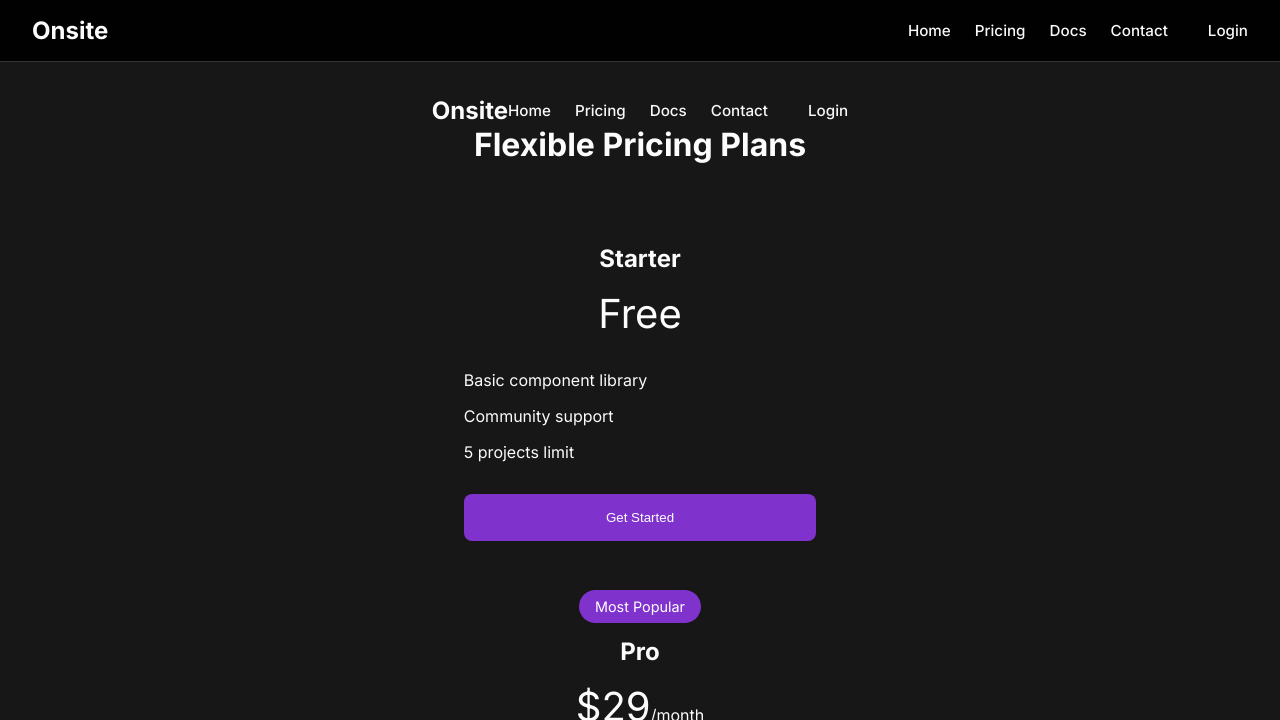
Repository: arifsoul/onsite
Page: /pricing (app in onsite/)
These files come from the project's save history. The page is drawn as it stood at one moment and after the next save; the edit follows.
The browser window is 1280 px wide. The pictures show the whole page.
An inner scrolling area shows only its first screen. The project was rebuilt for these pictures with package versions that can differ from the ones it lists, and the page was loaded fresh each time. Also part of the build but not shown: onsite/vite.config.js, onsite/src/components/Editor/CSSPanel.jsx, onsite/src/components/Editor/JSPanel.jsx, onsite/src/components/Editor/ComponentEditor.css, onsite/src/components/Editor/ComponentEditor.jsx, onsite/src/components/Preview/LivePreview.jsx, onsite/src/components/Auth/GoogleLogin.css, onsite/src/components/Auth/GoogleLogin.jsx and 12 more.

Above is the page before, as saved 2025-04-16 12:00:55.

### onsite/src/index.css
/* src/index.css */
@import url('https://fonts.googleapis.com/css2?family=Inter:wght@400;600;700&display=swap');

* {
  margin: 0;
  padding: 0;
  box-sizing: border-box;
}

html, body {
  height: 100%;
  width: 100%;
  overflow-x: hidden; /* Mencegah scroll horizontal */
}

body {
  font-family: 'Inter', sans-serif;
  background-color: #f8f9fa;
}

#root {
  display: flex;
  flex-direction: column;
  min-height: 100vh;
  width: 100%;
}

### onsite/src/App.jsx
import { BrowserRouter as Router, Routes, Route } from 'react-router-dom';
import { Auth0Provider } from '@auth0/auth0-react';
import { CodeProvider } from './context/CodeContext';
import Home from './pages/Home';
import Editor from './pages/Editor';
import Login from './pages/Login';
import Pricing from './pages/Pricing';
import Docs from './pages/Docs';
import Contact from './pages/Contact';
import './App.css';

function App() {
  return (
    <Auth0Provider
      domain={import.meta.env.VITE_AUTH0_DOMAIN}
      clientId={import.meta.env.VITE_AUTH0_CLIENT_ID}
      redirectUri={window.location.origin}
    >
      <CodeProvider>
        <Router>
          <Routes>
            <Route path="/" element={<Home />} />
            <Route path="/login" element={<Login />} />
            <Route path="/editor" element={<Editor />} />
            <Route path="/pricing" element={<Pricing />} />
            <Route path="/docs" element={<Docs />} />
            <Route path="/contact" element={<Contact />} />
          </Routes>
        </Router>
      </CodeProvider>
    </Auth0Provider>
  );
}

export default App;

### onsite/src/context/CodeContext.jsx
import { createContext, useState, useContext } from 'react';

export const CodeContext = createContext();

export const CodeProvider = ({ children }) => {
  const [generatedCode, setGeneratedCode] = useState({
    html: '',
    css: '',
    js: '',
  });
  const [components, setComponents] = useState([]);

  const updateComponent = (id, updates) => {
    setComponents((prev) =>
      prev.map((comp) =>
        comp.id === id ? { ...comp, ...updates } : comp
      )
    );
  };

  return (
    <CodeContext.Provider
      value={{ generatedCode, setGeneratedCode, components, setComponents, updateComponent }}
    >
      {children}
    </CodeContext.Provider>
  );
};

export const useCode = () => useContext(CodeContext);

### onsite/src/pages/Pricing.jsx
import React from 'react';
import './Pricing.css';
import NavMenu from '../components/Navigation/NavMenu';

const Pricing = () => {
  return (
    <div className="pricing-page">
      <NavMenu />
      <header className="home-header">
        <NavMenu />
      </header>
      <h1>Flexible Pricing Plans</h1>
      <div className="pricing-cards">
        <div className="pricing-card">
          <h2>Starter</h2>
          <div className="price">Free</div>
          <ul>
            <li>Basic component library</li>
            <li>Community support</li>
            <li>5 projects limit</li>
          </ul>
          <button className="cta-button">Get Started</button>
        </div>

        <div className="pricing-card popular">
          <div className="popular-badge">Most Popular</div>
          <h2>Pro</h2>
          <div className="price">$29<span>/month</span></div>
          <ul>
            <li>Full component library</li>
            <li>Priority support</li>
            <li>Unlimited projects</li>
            <li>AI Code Generation</li>
          </ul>
          <button className="cta-button">Go Pro</button>
        </div>

        <div className="pricing-card">
          <h2>Enterprise</h2>
          <div className="price">Custom</div>
          <ul>
            <li>Dedicated support</li>
            <li>Team collaboration</li>
            <li>Custom components</li>
            <li>SSO & Security</li>
          </ul>
          <button className="cta-button">Contact Sales</button>
        </div>
      </div>
    </div>
  );
};

export default Pricing;

### onsite/src/components/Navigation/NavMenu.jsx
import React, { useState } from 'react';
import { Link } from 'react-router-dom';
import GoogleLogin from '../Auth/GoogleLogin';
import './NavMenu.css';

const NavMenu = () => {
  const [isOpen, setIsOpen] = useState(false);

  const toggleMenu = () => {
    setIsOpen(!isOpen);
  };

  return (
    <nav className="nav-menu">
      <div className="nav-logo">
        <Link to="/" onClick={() => setIsOpen(false)}>
          <h1>Onsite</h1>
        </Link>
      </div>
      <button className="hamburger" onClick={toggleMenu} aria-label="Toggle menu">
        <span className="hamburger-icon"></span>
      </button>
      <ul className={isOpen ? 'open' : ''}>
        <li><Link to="/" onClick={() => setIsOpen(false)}>Home</Link></li>
        <li><Link to="/pricing" onClick={() => setIsOpen(false)}>Pricing</Link></li>
        <li><Link to="/docs" onClick={() => setIsOpen(false)}>Docs</Link></li>
        <li><Link to="/contact" onClick={() => setIsOpen(false)}>Contact</Link></li>
        <li className="nav-login">
          <Link to="/login" onClick={() => setIsOpen(false)}>Login</Link>
        </li>
      </ul>
    </nav>
  );
};

export default NavMenu;

### onsite/src/pages/Home.css
@import url('https://fonts.googleapis.com/css2?family=Inter:wght@300;400;500;600;700&display=swap');

:root {
  --gray1: hsl(0, 0%, 99%);
  --gray2: hsl(0, 0%, 97.3%);
  --gray3: hsl(0, 0%, 95.1%);
  --gray4: hsl(0, 0%, 93%);
  --gray12: hsl(0, 0%, 9%);
  --primary: hsl(270, 60%, 50%);
  --primary-hover: hsl(270, 60%, 45%);
  --normal-bg: hsl(0, 0%, 9%);
  --normal-border: hsl(0, 0%, 20%);
  --normal-text: hsl(0, 0%, 99%);
}

body {
  margin: 0;
  font-family: 'Inter', ui-sans-serif, system-ui, -apple-system, BlinkMacSystemFont, 'Segoe UI', Roboto, 'Helvetica Neue', Arial, 'Noto Sans', sans-serif;
  background: var(--normal-bg);
  color: var(--normal-text);
  overflow-x: hidden;
}

/* Layout Container */
.home-container {
  display: flex;
  flex-direction: column;
  min-height: 100vh;
  max-width: 100%;
}

/* Header */
.home-header {
  display: flex;
  justify-content: space-between;
  align-items: center;
  padding: 1rem 2rem;
  background: rgba(0, 0, 0, 0.95);
  border-bottom: 1px solid var(--normal-border);
  position: fixed;
  top: 0;
  left: 0;
  width: 100%;
  z-index: 1000;
}

.header-content {
  display: flex;
  justify-content: space-between;
  align-items: center;
  max-width: 1440px;
  width: 100%;
  margin: 0 auto;
}

.logo h1 {
  font-size: 1.5rem;
  font-weight: 700;
  color: var(--gray1);
  margin: 0;
}

.logo span {
  font-size: 0.875rem;
  font-weight: 400;
  color: var(--gray3);
}

.nav-menu ul {
  list-style: none;
  display: flex;
  gap: 1.5rem;
  margin: 0;
  padding: 0;
}

.nav-menu a {
  text-decoration: none;
  color: var(--gray2);
  font-weight: 500;
  font-size: 0.95rem;
  transition: color 0.2s ease;
}

.nav-menu a:hover {
  color: var(--primary);
}

/* Main Content */
.home-main {
  padding: 80px 2rem 2rem;
  max-width: 1440px;
  margin: 0 auto;
  width: 100%;
}

/* Hero Section */
.hero-section {
  text-align: center;
  padding: 6rem 2rem;
  border-radius: 16px;
  margin-bottom: 4rem;
}

.hero-section h1 {
  font-size: 3rem;
  font-weight: 700;
  margin-bottom: 1.5rem;
  color: var(--gray1);
}

.hero-section p {
  font-size: 1.2rem;
  font-weight: 400;
  max-width: 800px;
  margin: 0 auto 2rem;
  color: var(--gray3);
}

.hero-cta {
  display: inline-flex;
  align-items: center;
  gap: 0.5rem;
  padding: 0.75rem 2rem;
  background: linear-gradient(90deg, var(--primary), hsl(270, 60%, 60%));
  color: var(--gray1);
  text-decoration: none;
  border-radius: 9999px;
  font-size: 1rem;
  font-weight: 600;
  transition: background 0.3s ease, transform 0.2s ease;
}

.hero-cta:hover {
  background: linear-gradient(90deg, var(--primary-hover), hsl(270, 60%, 55%));
  transform: translateY(-2px);
}

/* Feature Section */
.feature-section {
  margin-bottom: 4rem;
}

.feature-header {
  text-align: center;
  margin-bottom: 3rem;
}

.feature-header h2 {
  font-size: 2.25rem;
  font-weight: 700;
  color: var(--gray1);
}

.feature-header p {
  font-size: 1.1rem;
  color: var(--gray3);
  max-width: 800px;
  margin: 0.5rem auto 0;
}

.feature-list {
  display: grid;
  grid-template-columns: repeat(auto-fit, minmax(300px, 1fr));
  gap: 2rem;
  list-style: none;
  padding: 0;
}

.feature-card {
  padding: 2rem;
  background: rgba(255, 255, 255, 0.05);
  border: 1px solid var(--normal-border);
  border-radius: 16px;
  transition: transform 0.3s ease, box-shadow 0.3s ease;
}

.feature-card:hover {
  transform: translateY(-5px);
  box-shadow: 0 4px 12px rgba(0, 0, 0, 0.2);
}

.feature-icon {
  width: 24px;
  height: 24px;
  color: var(--primary);
  margin-bottom: 1rem;
}

.feature-card h3 {
  font-size: 1.5rem;
  font-weight: 600;
  color: var(--gray1);
  margin-bottom: 0.5rem;
}

.feature-card p {
  font-size: 1rem;
  color: var(--gray3);
}

/* Code Playground */
.code-playground {
  display: flex;
  flex-direction: column;
  gap: 2rem;
  padding: 3rem 2rem;
  background: rgba(255, 255, 255, 0.03);
  border-radius: 16px;
  margin-bottom: 4rem;
}

.playground-header {
  text-align: center;
  margin-bottom: 2rem;
}

.playground-header h2 {
  font-size: 2.25rem;
  font-weight: 700;
  color: var(--gray1);
}

.playground-header p {
  font-size: 1.1rem;
  color: var(--gray3);
}

.generator-section,
.preview-section,
.editor-section {
  padding: 2rem;
  background: rgba(255, 255, 255, 0.05);
  border: 1px solid var(--normal-border);
  border-radius: 12px;
}

.generator-section h3,
.preview-section h3,
.editor-section h3 {
  font-size: 1.75rem;
  font-weight: 600;
  color: var(--gray1);
  margin-bottom: 1rem;
}

.generator-inputs {
  display: flex;
  flex-direction: column;
  gap: 1.5rem;
  width: 100%;
}

.generator-file h4 {
  font-size: 1.1rem;
  font-weight: 500;
  color: var(--gray2);
  margin-bottom: 0.5rem;
}

.generator-file textarea,
.code-editor textarea {
  width: 100%;
  height: 200px;
  font-family: 'Courier New', monospace;
  font-size: 0.95rem;
  padding: 1rem;
  border: none;
  border-radius: 8px;
  background: hsl(0, 0%, 12%);
  color: var(--gray1);
  resize: vertical;
  box-shadow: inset 0 2px 8px rgba(0, 0, 0, 0.1);
  transition: box-shadow 0.2s ease;
}

.generator-file textarea:focus,
.code-editor textarea:focus {
  outline: none;
  box-shadow: 0 0 0 3px rgba(108, 67, 255, 0.3);
}

.preview-iframe {
  width: 100%;
  height: 450px;
  border: none;
  border-radius: 12px;
  background: hsl(0, 0%, 12%);
  box-shadow: 0 4px 12px rgba(0, 0, 0, 0.2);
}

.tabs {
  display: flex;
  gap: 0.5rem;
  margin-bottom: 1rem;
}

.tabs button {
  padding: 0.5rem 1.5rem;
  background: rgba(255, 255, 255, 0.1);
  border: 1px solid var(--normal-border);
  border-radius: 9999px;
  font-size: 0.95rem;
  font-weight: 500;
  color: var(--gray2);
  cursor: pointer;
  transition: all 0.2s ease;
}

.tabs button.active {
  background: var(--primary);
  color: var(--gray1);
  border-color: var(--primary);
}

.tabs button:hover:not(.active) {
  background: rgba(255, 255, 255, 0.15);
}

/* Footer */
.home-footer {
  text-align: center;
  padding: 2rem;
  background: rgba(0, 0, 0, 0.95);
  border-top: 1px solid var(--normal-border);
  color: var(--gray3);
  font-size: 0.9rem;
}

.footer-content {
  max-width: 1440px;
  margin: 0 auto;
  display: flex;
  justify-content: center;
  align-items: center;
  gap: 1rem;
}

.footer-link {
  color: var(--primary);
  text-decoration: none;
}

.footer-link:hover {
  text-decoration: underline;
}

/* Animations */
@keyframes fadeIn {
  from { opacity: 0; transform: translateY(10px); }
  to { opacity: 1; transform: translateY(0); }
}

.hero-section,
.feature-card,
.generator-section,
.preview-section,
.editor-section {
  animation: fadeIn 0.5s ease-out;
}

/* Responsive Design */
@media (max-width: 1024px) {
  .home-main {
    padding: 80px 1rem 2rem;
  }

  .feature-list {
    grid-template-columns: 1fr;
  }

  .feature-card {
    width: 90%;
    margin: 0 auto;
  }

  .hero-section h1 {
    font-size: 2.5rem;
  }

  .hero-section p {
    font-size: 1.1rem;
    max-width: 600px;
  }
}

@media (max-width: 768px) {
  .home-header {
    flex-direction: column;
    align-items: flex-start;
    padding: 1rem;
  }

  .header-content {
    flex-direction: column;
    align-items: flex-start;
    gap: 1rem;
  }

  .nav-menu ul {
    flex-direction: column;
    gap: 0.75rem;
    width: 100%;
  }

  .hero-section {
    padding: 4rem 1rem;
  }

  .hero-section h1 {
    font-size: 2rem;
  }

  .hero-section p {
    font-size: 1rem;
  }

  .code-playground {
    padding: 2rem 1rem;
  }

  .generator-section,
  .preview-section,
  .editor-section {
    padding: 1.5rem;
  }

  .generator-file textarea,
  .code-editor textarea {
    height: 150px;
  }

  .preview-iframe {
    height: 350px;
  }

  .feature-header h2,
  .playground-header h2 {
    font-size: 1.75rem;
  }

  .feature-header p,
  .playground-header p {
    font-size: 1rem;
  }
}

@media (max-width: 600px) {
  .home-main {
    padding: 70px 0.5rem 1rem;
  }

  .hero-cta {
    padding: 0.6rem 1.5rem;
    font-size: 0.9rem;
  }

  .generator-section h3,
  .preview-section h3,
  .editor-section h3 {
    font-size: 1.25rem;
  }

  .generator-file h4 {
    font-size: 0.95rem;
  }

  .tabs button {
    padding: 0.4rem 1rem;
    font-size: 0.85rem;
  }
}

### onsite/src/pages/Pricing.css
.pricing-page {
  padding: 4rem 2rem;
  max-width: 1200px;
  margin: 0 auto;
}

.pricing-cards {
  display: grid;
  gap: 2rem;
  grid-template-columns: repeat(auto-fit, minmax(300px, 1fr));
  margin-top: 3rem;
}

.pricing-card {
  background: var(--card-bg);
  border-radius: 12px;
  padding: 2rem;
  position: relative;
  border: 1px solid var(--border-color);
}

.pricing-card.popular {
  border-color: var(--primary);
}

.popular-badge {
  position: absolute;
  top: -15px;
  left: 50%;
  transform: translateX(-50%);
  background: var(--primary);
  color: white;
  padding: 0.5rem 1rem;
  border-radius: 20px;
  font-size: 0.9rem;
}

.price {
  font-size: 2.5rem;
  margin: 1rem 0;
  color: var(--text-primary);
}

.price span {
  font-size: 1rem;
  color: var(--text-secondary);
}

.pricing-card ul {
  list-style: none;
  padding: 0;
  margin: 1.5rem 0;
}

.pricing-card li {
  padding: 0.5rem 0;
  display: flex;
  align-items: center;
  gap: 0.5rem;
}

.cta-button {
  width: 100%;
  padding: 1rem;
  background: var(--primary);
  color: white;
  border: none;
  border-radius: 8px;
  cursor: pointer;
  transition: all 0.2s;
}

.cta-button:hover {
  background: var(--primary-hover);
}

### onsite/src/components/Preview/LivePreview.css
/* Menggunakan CDN Font Awesome untuk ikon */
@import url('https://cdnjs.cloudflare.com/ajax/libs/font-awesome/6.4.0/css/all.min.css');

.preview-container {
  display: flex;
  flex-direction: column;
  gap: 15px;
  width: 100%;
  background: linear-gradient(135deg, #2a2e35 0%, #4a4e69 100%); /* Darker gradient */
  padding: 20px;
  border-radius: 10px;
  box-shadow: 0 4px 12px rgba(0, 0, 0, 0.3); /* Stronger shadow for dark theme */
}

.preview-tabs {
  display: flex;
  gap: 10px;
}

.preview-tabs button {
  padding: 10px 20px;
  border: none;
  background: #3a3f4a; /* Darker button background */
  cursor: pointer;
  border-radius: 8px;
  font-size: 14px;
  font-weight: 600;
  color: #d4d4d4; /* Lighter text for contrast */
  transition: all 0.3s ease;
  display: flex;
  align-items: center;
  gap: 8px;
  box-shadow: 0 2px 6px rgba(0, 0, 0, 0.2);
}

.preview-tabs button.active {
  background: #007bff;
  color: white;
  box-shadow: 0 4px 8px rgba(0, 123, 255, 0.3);
}

.preview-tabs button:hover {
  background: #4a5263; /* Slightly lighter on hover */
  transform: translateY(-2px);
}

.preview-iframe-container {
  transition: height 0.3s ease;
  overflow: hidden;
}

.preview-iframe-container.expanded {
  height: 500px; /* Tinggi lebih besar untuk tampilan lebih luas */
}

.preview-iframe-container.collapsed {
  height: 0;
}

.preview-iframe {
  width: 100%;
  height: 100%;
  border: none;
  border-radius: 8px;
  background: #1e1e1e; /* Darker iframe background */
  box-shadow: 0 4px 12px rgba(0, 0, 0, 0.3);
}

.code-preview {
  display: flex;
  flex-direction: column;
  gap: 15px;
}

.code-tabs {
  display: flex;
  gap: 10px;
  flex-wrap: wrap;
}

.tab-container {
  display: flex;
  align-items: center;
  gap: 5px;
}

.code-tabs button {
  padding: 10px 20px;
  border: none;
  background: #3a3f4a; /* Darker button background */
  cursor: pointer;
  border-radius: 8px;
  font-size: 14px;
  font-weight: 600;
  color: #d4d4d4; /* Lighter text for contrast */
  transition: all 0.3s ease;
  display: flex;
  align-items: center;
  gap: 8px;
  box-shadow: 0 2px 6px rgba(0, 0, 0, 0.2);
}

.code-tabs button.active {
  background: #007bff;
  color: white;
  box-shadow: 0 4px 8px rgba(0, 123, 255, 0.3);
}

.code-tabs button:hover {
  background: #4a5263; /* Slightly lighter on hover */
  transform: translateY(-2px);
}

.copy-button {
  padding: 8px;
  background: #3a3f4a; /* Darker button background */
  border-radius: 6px;
  font-size: 12px;
  color: #d4d4d4; /* Lighter text */
}

.copy-button:hover {
  background: #4a5263; /* Slightly lighter on hover */
  transform: translateY(-2px);
}

.copy-button:active {
  background: #007bff;
  color: white;
}

.code-content {
  width: 100%;
  display: flex;
  flex-direction: column;
  justify-content: flex-start; /* Align content to the left */
  text-align: left; /* Ensure text is left-aligned */
}

/* Gaya untuk CodeMirror */
.cm-editor {
  border: 1px solid #4a4e69; /* Darker border */
  border-radius: 8px;
  background: #1a1a1a; /* Darker editor background */
  color: #d4d4d4;
  box-shadow: 0 4px 12px rgba(0, 0, 0, 0.3);
  text-align: left; /* Explicitly left-align code */
}

.cm-editor:focus {
  outline: none;
  border-color: #007bff;
  box-shadow: 0 0 8px rgba(0, 123, 255, 0.3);
}

### onsite/src/components/Navigation/NavMenu.css
.nav-menu {
    display: flex;
    align-items: center;
    justify-content: space-between;
    width: 100%;
  }

  .nav-logo h1 {
    font-size: 1.5rem;
    font-weight: 700;
    color: var(--gray1);
    margin: 0;
  }

  .nav-menu ul {
    list-style: none;
    display: flex;
    gap: 1.5rem;
    margin: 0;
    padding: 0;
  }

  .nav-menu li {
    display: flex;
    align-items: center;
  }

  .nav-menu a {
    text-decoration: none;
    color: var(--gray2);
    font-weight: 500;
    font-size: 0.95rem;
    transition: color 0.2s ease;
  }

  .nav-menu a:hover {
    color: var(--primary);
  }

  .nav-login {
    margin-left: 1rem;
  }

  /* Hamburger styles */
  .hamburger {
    display: none;
    background: none;
    border: none;
    cursor: pointer;
    padding: 0.5rem;
  }

  .hamburger-icon,
  .hamburger-icon::before,
  .hamburger-icon::after {
    width: 24px;
    height: 3px;
    background: var(--gray2);
    display: block;
    transition: all 0.3s ease;
  }

  .hamburger-icon {
    position: relative;
  }

  .hamburger-icon::before,
  .hamburger-icon::after {
    content: '';
    position: absolute;
    left: 0;
  }

  .hamburger-icon::before {
    top: -8px;
  }

  .hamburger-icon::after {
    bottom: -8px;
  }

  .nav-menu.open .hamburger-icon {
    background: transparent;
  }

  .nav-menu.open .hamburger-icon::before {
    transform: rotate(45deg);
    top: 0;
  }

  .nav-menu.open .hamburger-icon::after {
    transform: rotate(-45deg);
    bottom: 0;
  }

  /* Mobile styles */
  @media (max-width: 768px) {
    .nav-menu {
      position: relative;
      flex-wrap: wrap;
    }

    .nav-logo {
      flex: 1;
    }

    .hamburger {
      display: block;
      z-index: 1001;
    }

    .nav-menu ul {
      display: none;
      flex-direction: column;
      position: absolute;
      top: 100%;
      left: 0;
      width: 100%;
      background: rgba(0, 0, 0, 0.95);
      padding: 1rem;
      border-bottom: 1px solid var(--normal-border);
      z-index: 1000;
    }

    .nav-menu ul.open {
      display: flex;
    }

    .nav-menu li {
      padding: 0.75rem 0;
      justify-content: center;
    }

    .nav-menu a {
      font-size: 1rem;
    }

    .nav-login {
      margin-left: 0;
      width: 100%;
      justify-content: center;
    }
  }

  /* Ensure header compatibility */
  @media (max-width: 768px) {
    .home-header {
      position: relative;
    }
  }

Loaded but not shown: onsite/index.html (common file); onsite/src/main.jsx (common file); onsite/src/App.css (common file)

After the next save:
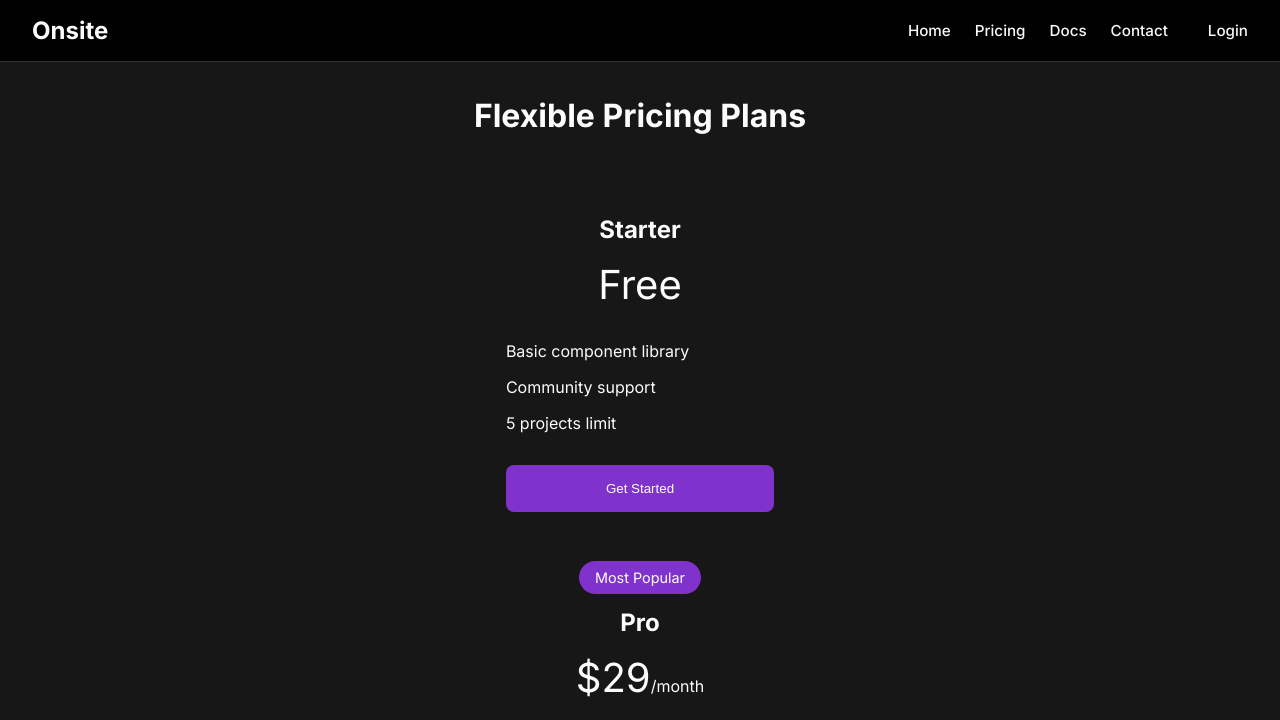
Saved 42 s later.
--- a/onsite/src/pages/Pricing.jsx
+++ b/onsite/src/pages/Pricing.jsx
@@ -5,7 +5,6 @@
 const Pricing = () => {
   return (
     <div className="pricing-page">
-      <NavMenu />
       <header className="home-header">
         <NavMenu />
       </header>
